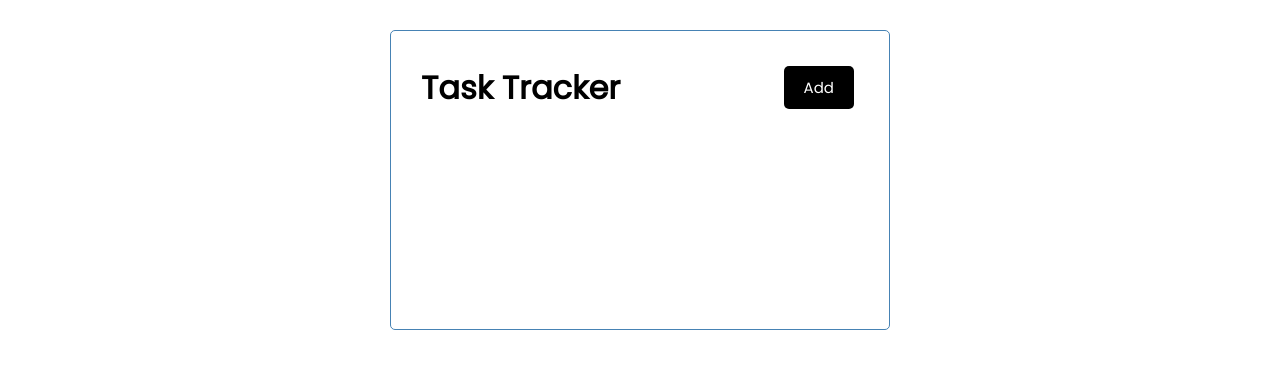
Repository: biggie-pti/task-tracker-react-app
Page: /
An editor plug-in stored every save of this project. The page is shown before and after a run of saves, followed by the edit.
The browser window is 1280 px wide. The pictures show the whole page.
The project was rebuilt for these pictures with package versions that can differ from the ones it lists, and the page was loaded fresh each time.

Above is the page before, as saved 2022-02-20 14:36:50.

After the next 6 saves:
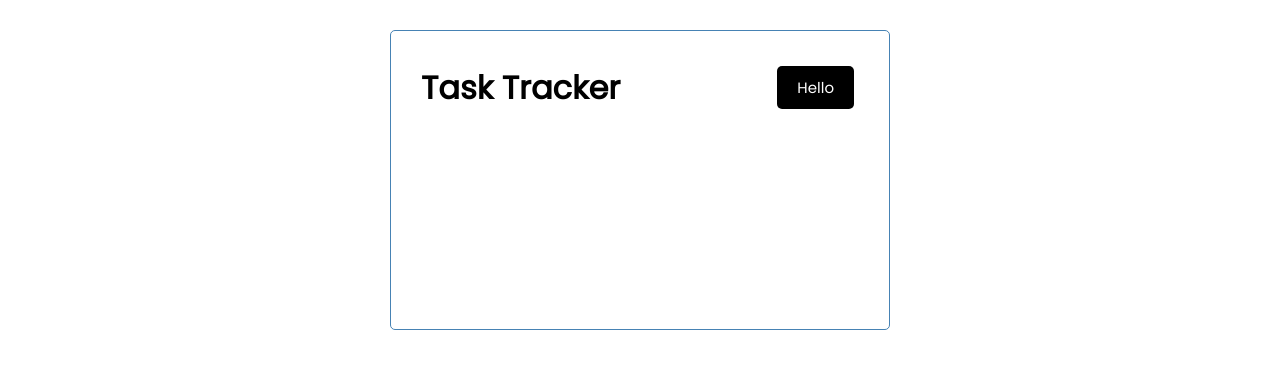
The 6 saves are shown as one change because they came seconds apart.
The last was saved 20 s later.
--- a/src/components/Button.js
+++ b/src/components/Button.js
@@ -2,7 +2,7 @@
 
 const Button = ({color,text}) => {
   return (
-   <button className='btn'>Add</button>
+   <button className='btn'>{text}</button>
   )
 }
 
